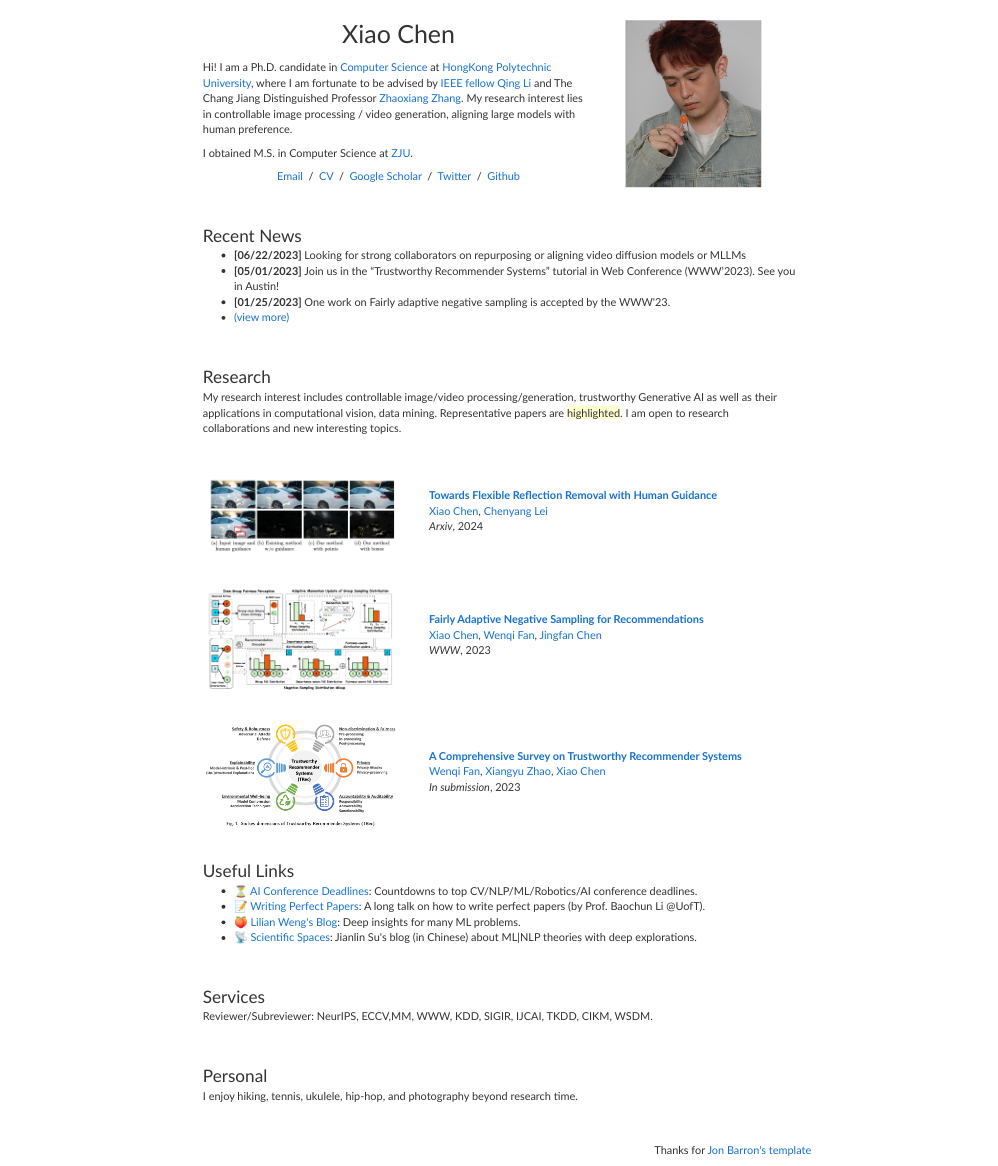
Repository: ShawnChenn/ShawnChenn.github.io
Page: index.html
These files come from the project's save history. The page is drawn as it stood at one moment and after the next save; the edit follows.
The browser window is 1280 px wide. The pictures show the whole page, at 78% of full size.
Some web libraries are served in a nearby version.

Above is the page before, as saved 2024-06-23 01:03:00.

### index.html
<!DOCTYPE HTML>
<html lang="en"><head><meta http-equiv="Content-Type" content="text/html; charset=UTF-8">
  <script type="text/javascript" src="js/hidebib.js"></script>
  <script type="text/javascript" src="js/shownews.js"></script>

  <title>Xiao Chen</title>
  <link rel="stylesheet" href="https://maxcdn.bootstrapcdn.com/bootstrap/3.2.0/css/bootstrap.min.css">

  <meta name="author" content="Xiao Chen">
  <meta name="viewport" content="width=device-width, initial-scale=1">

  <link rel="stylesheet" type="text/css" href="stylesheet.css">
  <link rel="stylesheet" type="text/css" href="css/style.css">
  <link rel="icon" type="image/jpg" href="images/polyu_icon.jpg">
  <script async defer src="https://buttons.github.io/buttons.js"></script>

</head>

<body>
  <table style="width:100%;max-width:800px;border:0px;border-spacing:0px;border-collapse:separate;margin-right:auto;margin-left:auto;"><tbody>
    <tr style="padding:0px">
      <td style="padding:0px">
        <table style="width:100%;border:0px;border-spacing:0px;border-collapse:separate;margin-right:auto;margin-left:auto;"><tbody>
          <tr style="padding:0px">
            <td style="padding:2.5%;width:63%;vertical-align:middle">
              <p style="text-align:center">
                <name>Xiao Chen</name>
              </p>
              <p>Hi! I am a Ph.D. candidate in <a href="https://www.polyu.edu.hk/comp/">Computer Science</a> at <a href="https://www.polyu.edu.hk/">HongKong Polytechnic University</a>,
                where I am fortunate to be advised by <a href="https://www.ieee.org/membership/fellows/index.html">IEEE fellow</a> <a href="https://www4.comp.polyu.edu.hk/~csqli/">Qing Li</a> and
                The Chang Jiang Distinguished Professor <a href="https://zhaoxiangzhang.net/">Zhaoxiang Zhang</a>. My research interest lies in controllable image processing / video generation, aligning large models with human preference.
              </p>
              <p>
                I obtained M.S. in Computer Science  at  <a href="https://www.zju.edu.cn/english/">ZJU</a>.
              <p style="text-align:center">
                <a href="mailto:shawn.chen@connect.polyu.hk">Email</a> &nbsp/&nbsp
                <a href="data/CV_chenxiao.pdf">CV</a> &nbsp/&nbsp
                <a href="https://scholar.google.com/citations?user=swFOM1wAAAAJ&hl=en">Google Scholar</a> &nbsp/&nbsp
                <a href="https://twitter.com/casabla77266724">Twitter</a> &nbsp/&nbsp
                <a href="https://github.com/ShawnChenn">Github</a>
              </p>
            </td>
            <td style="padding:2.5%;width:30%;max-width:30%">
              <a href="images/shawn.png"><img style="width:80%;max-width:80%" alt="profile photo" src="images/shawn.png" class="hoverZoomLink"></a>
            </td>
          </tr>
        </tbody></table>


        <table style="width:100%;border:0px;border-spacing:0px;border-collapse:separate;margin-right:auto;margin-left:auto;"><tbody>
        <tr>
          <td style="padding:20px;width:100%;vertical-align:middle">
            <heading>Recent News</heading>
            <ul>
              <li><strong>[06/22/2023] </strong> Looking for strong collaborators on repurposing or aligning video diffusion models or MLLMs</li>
              <li><strong>[05/01/2023] </strong> Join us in the “Trustworthy Recommender Systems” tutorial in Web Conference (WWW’2023). See you in Austin!</li>
              <li><strong>[01/25/2023] </strong> One work on Fairly adaptive negative sampling is accepted by the WWW'23.</li>
              <div id="hide_news_botton">
                <li><a onclick="showNews()">(view more)</a> </li>
              </div>
              <div id="hidden_news">
              </div>
            </ul>
          </td>
        </tr>
        </tbody></table>

        <table style="width:100%;border:0px;border-spacing:0px;border-collapse:separate;margin-right:auto;margin-left:auto;"><tbody>
            <tr>
            <td style="padding:20px;width:100%;vertical-align:middle">
              <heading>Research</heading>
              <p>My research interest includes controllable image/video processing/generation, trustworthy Generative AI as well as their applications in computational vision, data mining. Representative papers are <span class="highlight">highlighted</span>. I am open to research collaborations and new interesting topics.</p>
            </td>
          </tr>
        </tbody></table>
        <table style="width:100%;border:0px;border-spacing:0px;border-collapse:separate;margin-right:auto;margin-left:auto;"><tbody>

        <tr>
            <td class="tdimg" style="padding:20px;width:35%;vertical-align:center">
            <img src='images/24-arxiv1.png'></div>
            </td>
            <td class="tdcontent" style="padding:20px;width:65%;vertical-align:center">
            <p>
              <a href="https://arxiv.org/abs/2406.01555">
              <papertitle>Towards Flexible Reflection Removal with Human Guidance</papertitle>
              </a>
              <br>
              <a href="https://shawnchenn.github.io/">Xiao Chen</a>,
              <a href="https://chenyanglei.github.io/">Chenyang Lei</a>
              <br>
              <em>Arxiv</em>, 2024
              <br>
            </p>
            </td>
        </tr>

        <tr>
          <td class="tdimg" style="padding:20px;width:35%;vertical-align:center">
          <img src='images/www23_chen.png'></div>
          </td>
          <td class="tdcontent" style="padding:20px;width:65%;vertical-align:center">
          <p>
            <a href="https://arxiv.org/abs/2302.08266/">
            <papertitle>Fairly Adaptive Negative Sampling for Recommendations</papertitle>
            </a>
            <br>
            <a href="https://shawn_chen.github.io//">Xiao Chen</a>,
            <a href="https://wenqifan03.github.io/">Wenqi Fan</a>,
            <a href="https://cjfcsjt.github.io/">Jingfan Chen</a>
            <br>
            <em>WWW</em>, 2023
            <br>
          </p>
          </td>
        </tr>

         <tr>
          <td class="tdimg" style="padding:20px;width:35%;vertical-align:center">
          <img src='images/TOIS23_chen.png'></div>
          </td>
          <td class="tdcontent" style="padding:20px;width:65%;vertical-align:center">
          <p>
            <a href="https://arxiv.org/pdf/2209.10117.pdf">
            <papertitle>A Comprehensive Survey on Trustworthy Recommender Systems</papertitle>
            </a>
            <br>
            <a href="https://wenqifan03.github.io/">Wenqi Fan</a>,
            <a href="https://zhaoxyai.github.io/">Xiangyu Zhao</a>,
            <a href="https://shawn_chen.github.io/">Xiao Chen</a>
            <br>
            <em>In submission</em>, 2023
            <br>
          </p>
          </td>
        </tr>
<!--
        <tr>
          <td class="tdimg" style="padding:20px;width:35%;vertical-align:center">
          <img src='images/icip2019_chen.png'></div>
          </td>
          <td class="tdcontent" style="padding:20px;width:65%;vertical-align:center">
          <p>
            <a href="https://ieeexplore.ieee.org/abstract/document/8803009/">
            <papertitle>A dual-attention dilated residual network for liver lesion classification and localization on CT images</papertitle>
            </a>
            <br>
            <a href="https://shawn_chen.github.io//">Xiao Chen</a>,
            <a href="http://en.ritsumei.ac.jp/ise/teacher/detail/?id=39">Yen-wei Chen</a>
            <br>
            <em>ICIP</em>, 2019
            <br>
          </p>
          </td>
        </tr>  -->
        </tbody></table>


        <table style="width:100%;border:0px;border-spacing:0px;border-collapse:separate;margin-right:auto;margin-left:auto;"><tbody>
        <tr>
          <td style="padding:20px;width:100%;vertical-align:middle">
            <heading>Useful Links</heading>
           <ul>
               <li> <a href="https://aideadlin.es/?sub=ML,NLP,DM">⏳ AI Conference Deadlines</a>: Countdowns to top CV/NLP/ML/Robotics/AI conference deadlines. </li>
               <li> <a href="https://www.bilibili.com/video/BV18v411n7mr">📝 Writing Perfect Papers</a>: A long talk on how to write perfect papers (by Prof. Baochun Li @UofT). </li>
               <li> <a href="https://lilianweng.github.io/lil-log/">🍑 Lilian Weng's Blog</a>: Deep insights for many ML problems.</li>
               <li> <a href="https://kexue.fm/">📡 Scientific Spaces</a>: Jianlin Su's blog (in Chinese) about ML|NLP theories with deep explorations.</li>
          </ul>
          </td>
        </tr>
        </tbody></table>

        <table style="width:100%;border:0px;border-spacing:0px;border-collapse:separate;margin-right:auto;margin-left:auto;"><tbody>
            <tr>
            <td style="padding:20px;width:100%;vertical-align:middle">
              <heading>Services</heading>
              <p> Reviewer/Subreviewer: NeurIPS, ECCV,MM, WWW, KDD, SIGIR, IJCAI, TKDD, CIKM, WSDM. </p>
            </td>
          </tr>
        </tbody></table>
        <table style="width:100%;border:0px;border-spacing:0px;border-collapse:separate;margin-right:auto;margin-left:auto;"><tbody>

      <table style="width:100%;border:0px;border-spacing:0px;border-collapse:separate;margin-right:auto;margin-left:auto;"><tbody>
            <tr>
            <td style="padding:20px;width:100%;vertical-align:middle">
              <heading>Personal</heading>
              <p> I enjoy hiking, tennis, ukulele, hip-hop, and photography beyond research time. </p>
            </td>
          </tr>
        </tbody></table>
        <table style="width:100%;border:0px;border-spacing:0px;border-collapse:separate;margin-right:auto;margin-left:auto;"><tbody>

<table style="width:100%;border:0px;border-spacing:0px;border-collapse:separate;margin-right:auto;margin-left:auto;"><tbody>
<tr>
  <td style="padding:0px">
  <br>
  <p style="text-align:right;">Thanks for <a href="https://jonbarron.info/">Jon Barron's template</a></p>
  </td>
</tr>
</tbody></table>


<script xml:space="preserve" language="JavaScript">
hideallbibs();
</script>

<!-- Google Analytics -->
<script>
  (function(i,s,o,g,r,a,m){i['GoogleAnalyticsObject']=r;i[r]=i[r]||function(){
    (i[r].q=i[r].q||[]).push(arguments)},i[r].l=1*new Date();a=s.createElement(o),
          m=s.getElementsByTagName(o)[0];a.async=1;a.src=g;m.parentNode.insertBefore(a,m)
  })(window,document,'script','//www.google-analytics.com/analytics.js','ga');
  ga('create', 'UA-131560165-1', 'auto');
  ga('send', 'pageview');
</script>
<!-- End Google Analytics -->


</body>

</html>

### js/hidebib.js
// from http://www.robots.ox.ac.uk/~vedaldi/javascripts/hidebib.js
function hideallbibs()
{
    var el = document.getElementsByTagName("div") ;
    for (var i = 0 ; i < el.length ; ++i) {
        if (el[i].className == "paper") {
            var bib = el[i].getElementsByTagName("pre") ;
            if (bib.length > 0) {
                bib [0] .style.display = 'none' ;
            }
        }
    }
}

function togglebib(paperid)
{
    var paper = document.getElementById(paperid) ;
    var bib = paper.getElementsByTagName('pre') ;
    if (bib.length > 0) {
        if (bib [0] .style.display == 'none') {
            bib [0] .style.display = 'block' ;
        } else {
            bib [0] .style.display = 'none' ;
        }
    }
}

### js/shownews.js
function showNews() {
    var x = document.getElementById("hidden_news");
    x.style.display = "block";
    var x = document.getElementById("hide_news_botton");
    x.style.display = "none";
}

### stylesheet.css
/* latin-ext */
@font-face {
  font-family: 'Lato';
  font-style: italic;
  font-weight: 400;
  src: local('Lato Italic'), local('Lato-Italic'), url(https://fonts.gstatic.com/s/lato/v15/S6u8w4BMUTPHjxsAUi-qNiXg7eU0.woff2) format('woff2');
  unicode-range: U+0100-024F, U+0259, U+1E00-1EFF, U+2020, U+20A0-20AB, U+20AD-20CF, U+2113, U+2C60-2C7F, U+A720-A7FF;
}
/* latin */
@font-face {
  font-family: 'Lato';
  font-style: italic;
  font-weight: 400;
  src: local('Lato Italic'), local('Lato-Italic'), url(https://fonts.gstatic.com/s/lato/v15/S6u8w4BMUTPHjxsAXC-qNiXg7Q.woff2) format('woff2');
  unicode-range: U+0000-00FF, U+0131, U+0152-0153, U+02BB-02BC, U+02C6, U+02DA, U+02DC, U+2000-206F, U+2074, U+20AC, U+2122, U+2191, U+2193, U+2212, U+2215, U+FEFF, U+FFFD;
}
/* latin-ext */
@font-face {
  font-family: 'Lato';
  font-style: italic;
  font-weight: 700;
  src: local('Lato Bold Italic'), local('Lato-BoldItalic'), url(https://fonts.gstatic.com/s/lato/v15/S6u_w4BMUTPHjxsI5wq_FQftx9897sxZ.woff2) format('woff2');
  unicode-range: U+0100-024F, U+0259, U+1E00-1EFF, U+2020, U+20A0-20AB, U+20AD-20CF, U+2113, U+2C60-2C7F, U+A720-A7FF;
}
/* latin */
@font-face {
  font-family: 'Lato';
  font-style: italic;
  font-weight: 700;
  src: local('Lato Bold Italic'), local('Lato-BoldItalic'), url(https://fonts.gstatic.com/s/lato/v15/S6u_w4BMUTPHjxsI5wq_Gwftx9897g.woff2) format('woff2');
  unicode-range: U+0000-00FF, U+0131, U+0152-0153, U+02BB-02BC, U+02C6, U+02DA, U+02DC, U+2000-206F, U+2074, U+20AC, U+2122, U+2191, U+2193, U+2212, U+2215, U+FEFF, U+FFFD;
}
/* latin-ext */
@font-face {
  font-family: 'Lato';
  font-style: normal;
  font-weight: 400;
  src: local('Lato Regular'), local('Lato-Regular'), url(https://fonts.gstatic.com/s/lato/v15/S6uyw4BMUTPHjxAwXiWtFCfQ7A.woff2) format('woff2');
  unicode-range: U+0100-024F, U+0259, U+1E00-1EFF, U+2020, U+20A0-20AB, U+20AD-20CF, U+2113, U+2C60-2C7F, U+A720-A7FF;
}
/* latin */
@font-face {
  font-family: 'Lato';
  font-style: normal;
  font-weight: 400;
  src: local('Lato Regular'), local('Lato-Regular'), url(https://fonts.gstatic.com/s/lato/v15/S6uyw4BMUTPHjx4wXiWtFCc.woff2) format('woff2');
  unicode-range: U+0000-00FF, U+0131, U+0152-0153, U+02BB-02BC, U+02C6, U+02DA, U+02DC, U+2000-206F, U+2074, U+20AC, U+2122, U+2191, U+2193, U+2212, U+2215, U+FEFF, U+FFFD;
}
/* latin-ext */
@font-face {
  font-family: 'Lato';
  font-style: normal;
  font-weight: 700;
  src: local('Lato Bold'), local('Lato-Bold'), url(https://fonts.gstatic.com/s/lato/v15/S6u9w4BMUTPHh6UVSwaPGQ3q5d0N7w.woff2) format('woff2');
  unicode-range: U+0100-024F, U+0259, U+1E00-1EFF, U+2020, U+20A0-20AB, U+20AD-20CF, U+2113, U+2C60-2C7F, U+A720-A7FF;
}
/* latin */
@font-face {
  font-family: 'Lato';
  font-style: normal;
  font-weight: 700;
  src: local('Lato Bold'), local('Lato-Bold'), url(https://fonts.gstatic.com/s/lato/v15/S6u9w4BMUTPHh6UVSwiPGQ3q5d0.woff2) format('woff2');
  unicode-range: U+0000-00FF, U+0131, U+0152-0153, U+02BB-02BC, U+02C6, U+02DA, U+02DC, U+2000-206F, U+2074, U+20AC, U+2122, U+2191, U+2193, U+2212, U+2215, U+FEFF, U+FFFD;
}

a {
  color: #1772d0;
  text-decoration: none;
}

a:focus,
a:hover {
  color: #f09228;
  text-decoration: none;
}

body,
td,
th,
tr,
p,
a {
  font-family: 'Lato', Verdana, Helvetica, sans-serif;
  font-size: 14px
}

strong {
  font-family: 'Lato', Verdana, Helvetica, sans-serif;
  font-size: 14px;
}

heading {
  font-family: 'Lato', Verdana, Helvetica, sans-serif;
  font-size: 22px;
}

papertitle {
  font-family: 'Lato', Verdana, Helvetica, sans-serif;
  font-size: 14px;
  font-weight: 700
}

name {
  font-family: 'Lato', Verdana, Helvetica, sans-serif;
  font-size: 32px;
}

.one {
  width: 160px;
  height: 160px;
  position: relative;
}

.two {
  width: 160px;
  height: 160px;
  position: absolute;
  transition: opacity .2s ease-in-out;
  -moz-transition: opacity .2s ease-in-out;
  -webkit-transition: opacity .2s ease-in-out;
}

.fade {
  transition: opacity .2s ease-in-out;
  -moz-transition: opacity .2s ease-in-out;
  -webkit-transition: opacity .2s ease-in-out;
}

span.highlight {
  background-color: #ffffd0;
}

### css/style.css
.paper > pre {
    width: 450px;
    overflow: auto;
}

.two > img {
    width: 250px;
}

td > img {
    width: 250px;
}

.affiliationssmall {
    display: none;
}

@media (max-width:760px) {
    td > img {
        display: none;
    }
    .tdimg {
        display: none;
        width: 0%;
        padding: 0;
    }
    .tdcontent {
        width: 100%;
    }
    .affiliations {
        display: none;
    }
    .affiliationssmall {
        display: block;
    }
}

#hidden_news {
    display: none;
}

#hide_news_botton {
    cursor: pointer;
}

After the next save:
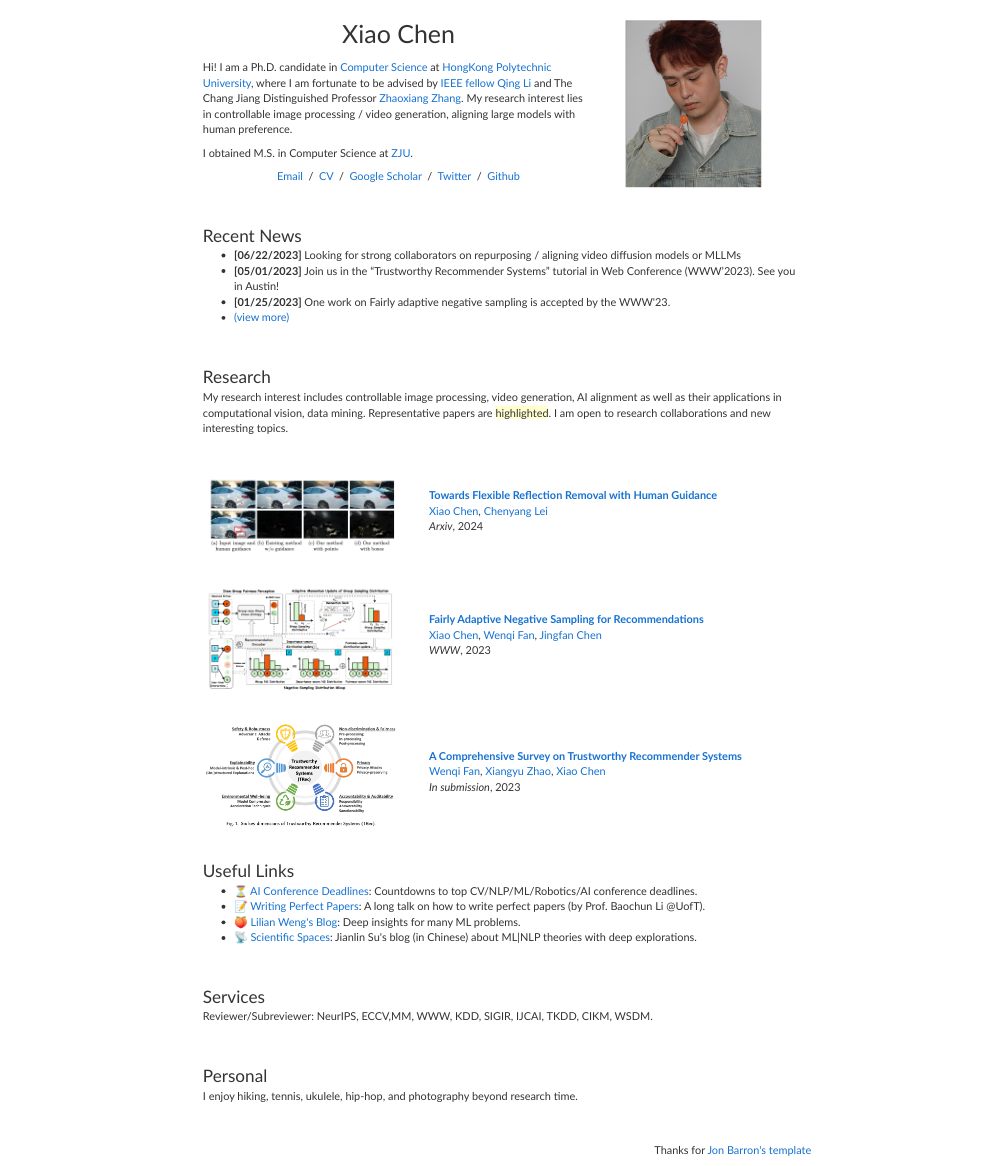
Saved 23 min 4 s later.
--- a/index.html
+++ b/index.html
@@ -52,7 +52,7 @@
           <td style="padding:20px;width:100%;vertical-align:middle">
             <heading>Recent News</heading>
             <ul>
-              <li><strong>[06/22/2023] </strong> Looking for strong collaborators on repurposing or aligning video diffusion models or MLLMs</li>
+              <li><strong>[06/22/2023] </strong> Looking for strong collaborators on repurposing / aligning video diffusion models or MLLMs</li>
               <li><strong>[05/01/2023] </strong> Join us in the “Trustworthy Recommender Systems” tutorial in Web Conference (WWW’2023). See you in Austin!</li>
               <li><strong>[01/25/2023] </strong> One work on Fairly adaptive negative sampling is accepted by the WWW'23.</li>
               <div id="hide_news_botton">
@@ -69,7 +69,7 @@
             <tr>
             <td style="padding:20px;width:100%;vertical-align:middle">
               <heading>Research</heading>
-              <p>My research interest includes controllable image/video processing/generation, trustworthy Generative AI as well as their applications in computational vision, data mining. Representative papers are <span class="highlight">highlighted</span>. I am open to research collaborations and new interesting topics.</p>
+              <p>My research interest includes controllable image processing, video generation, AI alignment as well as their applications in computational vision, data mining. Representative papers are <span class="highlight">highlighted</span>. I am open to research collaborations and new interesting topics.</p>
             </td>
           </tr>
         </tbody></table>
